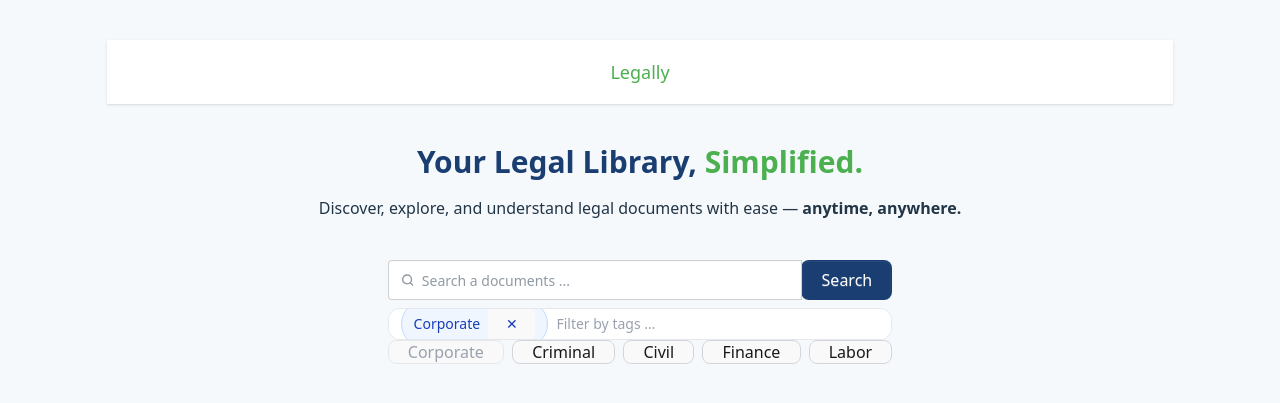
Repository: OdinPie/legal-search-acmeai
Page: / (app in legal-frontend/), after clicking the first element matching `button.btn-xs`
These files come from the project's save history. The page is drawn as it stood at one moment and after the next save; the edit follows.
The browser window is 1280 px wide. The pictures show the whole page.
The project was rebuilt for these pictures with package versions that can differ from the ones it lists, and the page was loaded fresh each time. Also part of the build but not shown: legal-frontend/vite.config.js.

Above is the page before, as saved 2025-11-05 22:59:27.

### legal-frontend/index.html
<!doctype html>
<html lang="en">
  <head>
    <meta charset="UTF-8" />
    <link rel="icon" type="image/svg+xml" href="/vite.svg" />
    <meta name="viewport" content="width=device-width, initial-scale=1.0" />
    <title>legal-frontend</title>
  </head>
  <body>
    <div id="root"></div>
    <script type="module" src="/src/main.jsx"></script>
  </body>
</html>

### legal-frontend/src/App.jsx
import './App.css'
import Home from './pages/Home'

function App() {

  return (
    <>
      <Home></Home>
    </>
  )
}

export default App

### legal-frontend/src/App.css
@import "tailwindcss";

@plugin "daisyui";

### legal-frontend/src/pages/Home.jsx
import React from 'react';
import SearchSection from '../components/SearchSection';
import Navbar from '../components/Navbar';
import Banner from '../components/Banner';
const Home = () => {
    return (
        <div className='bg-[#F6F9FC] min-h-screen min-w-screen'>
            <Navbar></Navbar>
            <Banner></Banner>
            {/* <SearchSection></SearchSection> */}
            {/* Your Legal Library, Simplified.
                Discover, explore, and understand legal documents with ease — anytime, anywhere. */}
        </div>
    );
};

export default Home;

### legal-frontend/src/components/SearchSection.jsx
import { useState } from "react";
import TagBar from "./TagBar";

export default function SearchSection() {

  const [query, setQuery] = useState("");
  const [keywords, setKeywords] = useState([]);

  return (
    <div className="my-10">
      <div className="join w-full max-w-2xl mx-auto">
    <label className="input validator join-item flex-1 min-w-0">
      <svg className="h-[1em] opacity-50" xmlns="http://www.w3.org/2000/svg" viewBox="0 0 24 24">
    <g
      strokeLinejoin="round"
      strokeLinecap="round"
      strokeWidth="2.5"
      fill="none"
      stroke="currentColor"
    >
      <circle cx="11" cy="11" r="8"></circle>
      <path d="m21 21-4.3-4.3"></path>
    </g>
  </svg>
      <input className="grow" type="text" placeholder="Search a documents ..." required />
    </label>

  <button className="btn join-item !bg-[#1A3E72] !text-white" >Search</button>
</div>
    <TagBar value={keywords} onChange={setKeywords} />
    </div>
  );
}

### legal-frontend/src/components/Navbar.jsx
export default function Navbar() {

  return (
    <div className="flex justify-center sticky top-10 ">
        <div className="navbar bg-base-100 shadow-sm sticky z-10 w-10/12">
    <div className="flex justify-center w-full">
        <a className="btn btn-ghost text-lg !text-[#4CAF50]">Legally</a>
    </div>
    </div>
    </div>
  );
}

### legal-frontend/src/components/Banner.jsx
import React from 'react';
import SearchSection from './SearchSection';

const Banner = () => {
    return (
        <div>
            <div className='flex flex-col items-center justify-center text-center mt-20'>
                {/*Banner writings here  */}
                <h1 className='!text-3xl font-bold text-[#1A3E72]'>Your Legal Library, <span className='text-[#4CAF50]'>Simplified.</span></h1>
                <p className='mt-4'>Discover, explore, and understand legal documents with ease — <span className='font-bold'>anytime, anywhere.</span></p>
                <SearchSection></SearchSection>
            </div>
        </div>
    );
};

export default Banner;

### legal-frontend/src/components/TagBar.jsx
import { useState, useRef } from "react";

const maxTags = 5;
 const suggetions = ["Corporate", "Criminal", "Civil", "Finance", "Labor"];

export default function TagBar({ value = [], onChange }) {
  const [input, setInput] = useState("");

  const addTag = (raw) => {
    const tag = raw.trim();
    if (!tag) return;
    const norm = tag.toLowerCase();
    const has = value.some(t => t.toLowerCase() === norm);
    if (has || value.length >= maxTags) return;  // if it already exists in the tag list or tag list already filled up? --> return
    onChange([...value, tag]);
    setInput("");
  };

  const removeTag = (tag) => {
    onChange(value.filter(t => t !== tag))
  };

  const handleKeyDown = (e) => {
    if (["Enter", ","," "].includes(e.key)) {
      e.preventDefault();
      addTag(input);
        }  else if (e.key === "Backspace" && !input && value.length) {
      removeTag(value[value.length - 1]);  // remove the last node
       }
  };

  const atLimit = value.length >= maxTags;

  return (
    <div className="my-2">
      <div
        className="flex items-center gap-2 overflow-auto overflo no-scrollbar h-8 w-full rounded-xl border border-gray-200 bg-white px-3"
        role="listbox"
      >
        {value.map(tag => (
          <span
            key={tag}
            className="inline-flex items-center gap-1 rounded-full bg-blue-50 text-blue-800 border border-blue-200 px-3 py-1 text-sm"
          >
            {tag}
            <button
              onClick={() => removeTag(tag)}
              className="ml-1 rounded-full px-1 hover:bg-blue-100"
            >
              ✕
            </button>
          </span>
        ))}

        <input
          value={input}
          onChange={(e) => setInput(e.target.value)}
          onKeyDown={handleKeyDown}
          disabled={atLimit}
          placeholder={atLimit ? "Max tags reached" : "Filter by tags …"}
          className="min-w-[8ch] flex-1 bg-transparent outline-none text-sm placeholder-gray-400"
        />
      </div>

      <div className="flex flex-wrap gap-2">
        {suggetions.map(s => {
          const taken = value.some(t => t.toLowerCase() === s.toLowerCase());
          return (
            <button
              key={s}
              disabled={taken || atLimit}
              onClick={() => addTag(s)}
              className={`btn btn-xs text-sm
                ${taken ? "!border-gray-200 !text-gray-400 !cursor-not-allowed"
                        : "!border-gray-300 hover:!bg-blue-50 hover:!border-blue-400"}`}
            >
              {s}
            </button>
          );
        })}
      </div>
    </div>
  );
}

Loaded but not shown: legal-frontend/src/main.jsx (common file); legal-frontend/src/index.css (common file)

After the next save:
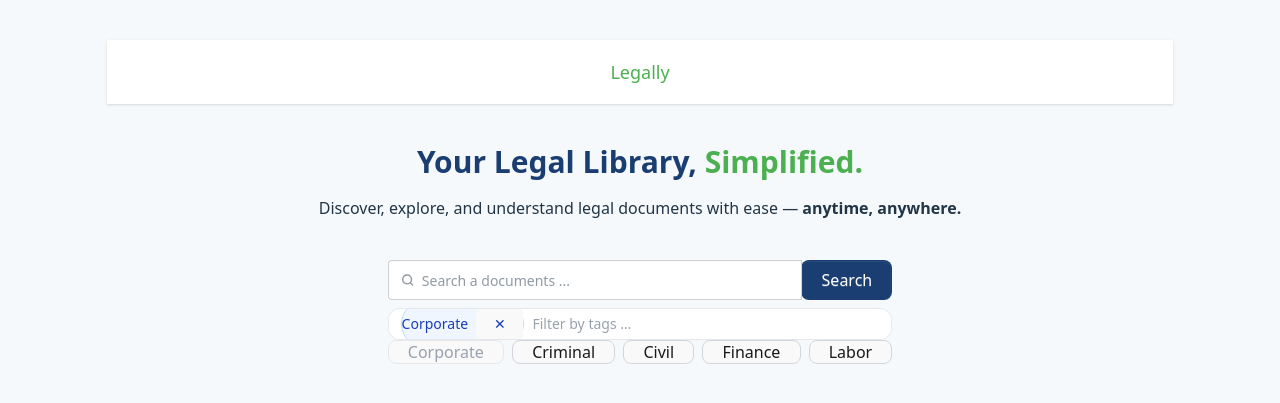
Saved 52 s later.
--- a/legal-frontend/src/components/TagBar.jsx
+++ b/legal-frontend/src/components/TagBar.jsx
@@ -40,7 +40,7 @@
         {value.map(tag => (
           <span
             key={tag}
-            className="inline-flex items-center gap-1 rounded-full bg-blue-50 text-blue-800 border border-blue-200 px-3 py-1 text-sm"
+            className="inline-flex items-center gap-1 rounded-full bg-blue-50 text-blue-800 border border-blue-200 py-1 text-sm"
           >
             {tag}
             <button

After the save that followed:
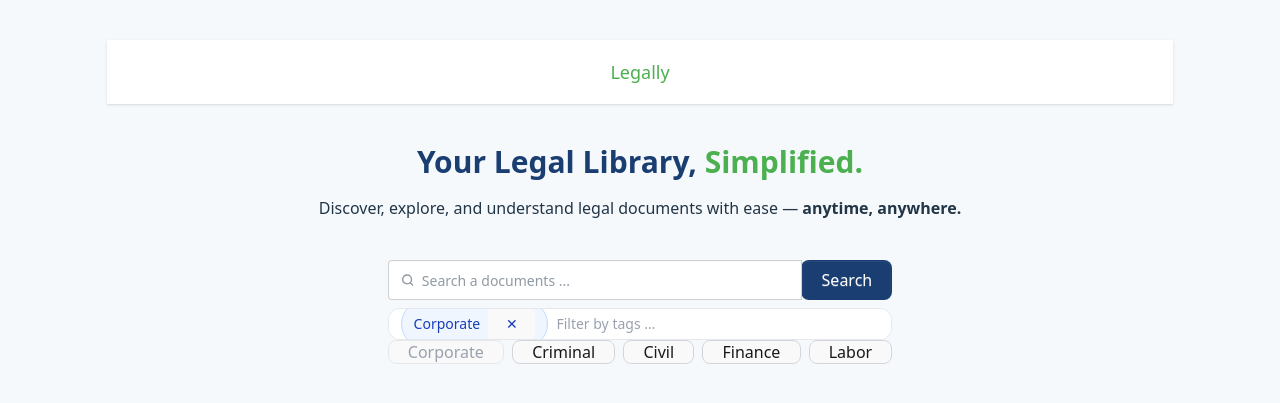
Saved 9 s later.
--- a/legal-frontend/src/components/TagBar.jsx
+++ b/legal-frontend/src/components/TagBar.jsx
@@ -40,7 +40,7 @@
         {value.map(tag => (
           <span
             key={tag}
-            className="inline-flex items-center gap-1 rounded-full bg-blue-50 text-blue-800 border border-blue-200 py-1 text-sm"
+            className="inline-flex items-center gap-1 rounded-full bg-blue-50 text-blue-800 border border-blue-200 px-3 py-1 text-sm"
           >
             {tag}
             <button
